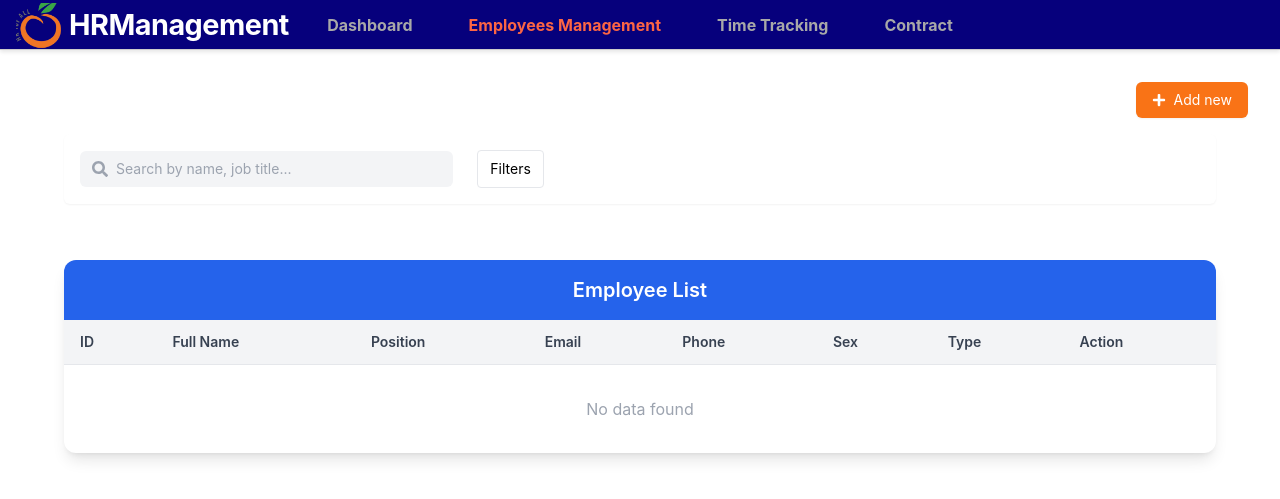
Repository: justJackiee/DA-251
Page: /employeemanagement (app in my-react-app/)
The author's editor kept a copy of each file at every save. The page is drawn from the files as they stood at one save, then again after a run of saves.
The browser window is 1280 px wide. The pictures show the whole page.
The page's requests for data from a server got no answer. The project was rebuilt for these pictures with package versions that can differ from the ones it lists, and the page was loaded fresh each time. No one was signed in, and anything a server would have sent is missing. Also part of the build but not shown: my-react-app/src/App.css, my-react-app/src/components/pagination.js, my-react-app/src/pages/dashboard.js, my-react-app/src/components/button.js.

Above is the page before, as saved 2025-12-03 15:58:39.

After the next 2 saves:
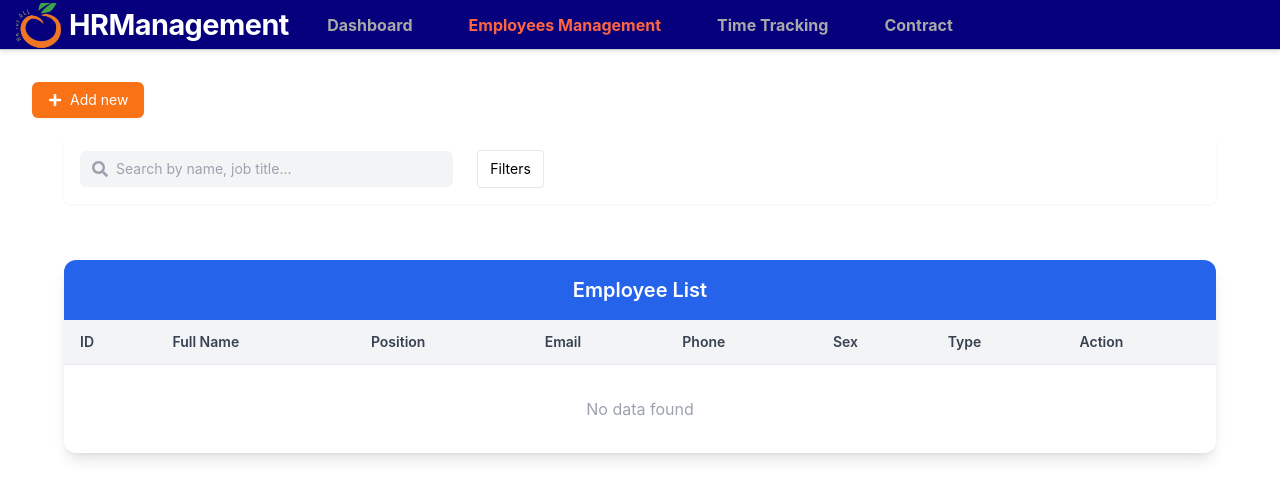
The 2 saves are shown as one change because 1 did not build or start.
The last was saved 6 min 50 s later.
--- a/my-react-app/src/pages/employeemanagement.js
+++ b/my-react-app/src/pages/employeemanagement.js
@@ -85,7 +85,7 @@
   return (
     <div>
       {/* <HeaderTabs active={activeTab} onTabChange={setActiveTab} /> */}
-      <div className="flex justify-end">
+
         <button
           onClick={() => navigate('/employees/new')}
           className="inline-flex items-center gap-2 px-4 py-2 bg-orange-500 hover:bg-orange-600 text-white rounded-md shadow-sm text-sm"
@@ -94,7 +94,7 @@
           <FaPlus />
           <span className="hidden sm:inline">Add new</span>
         </button>
-      </div>
+
       <FiltersBar search={search} onSearch={setSearch} filters={filters} onFilterChange={onFilterChange} onClear={onClear} />
       <div className="max-w-7xl mx-auto px-4 sm:px-6 lg:px-8 py-6">
         <CEmployeeTable data={filteredData} search={search} filters={filters} />

After the save that followed:
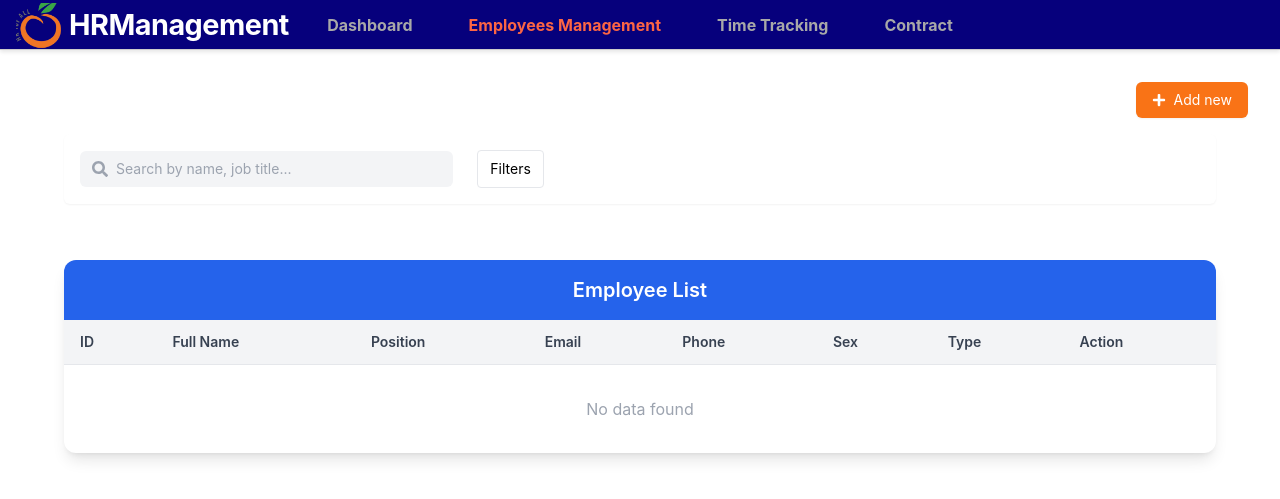
Saved 16 s later.
--- a/my-react-app/src/pages/employeemanagement.js
+++ b/my-react-app/src/pages/employeemanagement.js
@@ -85,7 +85,7 @@
   return (
     <div>
       {/* <HeaderTabs active={activeTab} onTabChange={setActiveTab} /> */}
-
+      <div className="flex justify-end">
         <button
           onClick={() => navigate('/employees/new')}
           className="inline-flex items-center gap-2 px-4 py-2 bg-orange-500 hover:bg-orange-600 text-white rounded-md shadow-sm text-sm"
@@ -94,7 +94,7 @@
           <FaPlus />
           <span className="hidden sm:inline">Add new</span>
         </button>
-
+      </div>
       <FiltersBar search={search} onSearch={setSearch} filters={filters} onFilterChange={onFilterChange} onClear={onClear} />
       <div className="max-w-7xl mx-auto px-4 sm:px-6 lg:px-8 py-6">
         <CEmployeeTable data={filteredData} search={search} filters={filters} />
